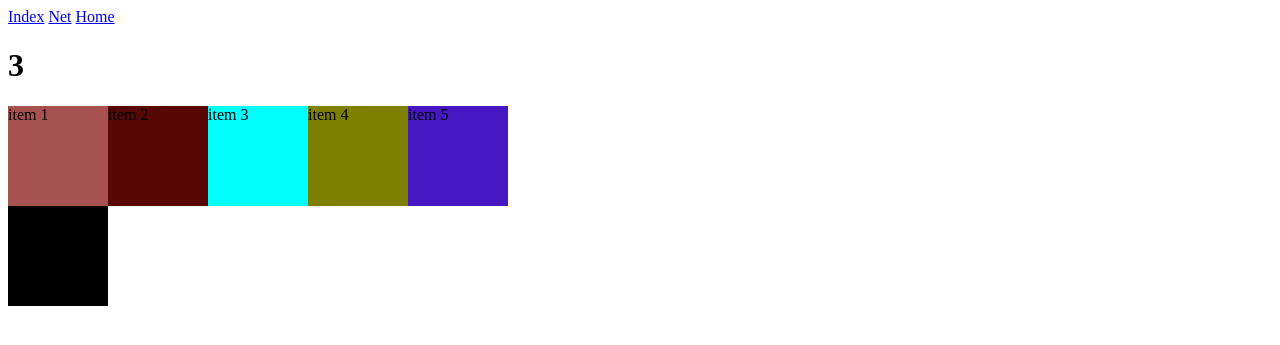
Repository: Nguyen-Toan-2004/du-an-test
Page: product.htm
An editor plug-in stored every save of this project. The page is shown before and after a run of saves, followed by the edit.
The browser window is 1280 px wide. The pictures show the whole page.

Above is the page before, as saved 2025-10-22 19:43:28.

After the next 2 saves:
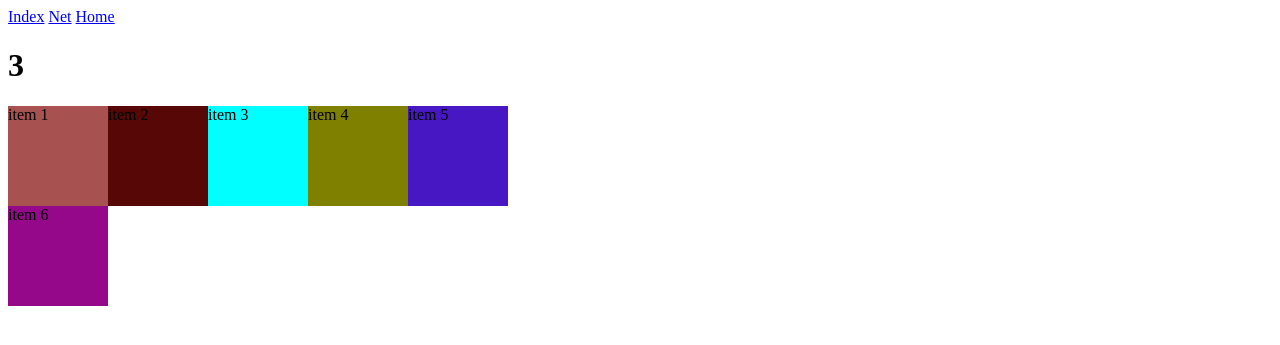
The 2 saves are shown as one change because they came seconds apart.
The last was saved 6 s later.
--- a/product.htm
+++ b/product.htm
@@ -38,7 +38,7 @@
         background: #4817c4;
       }
       .box6{
-        background: #000;
+        background: #96088a;
       }
     </style>
     <div class="container">
